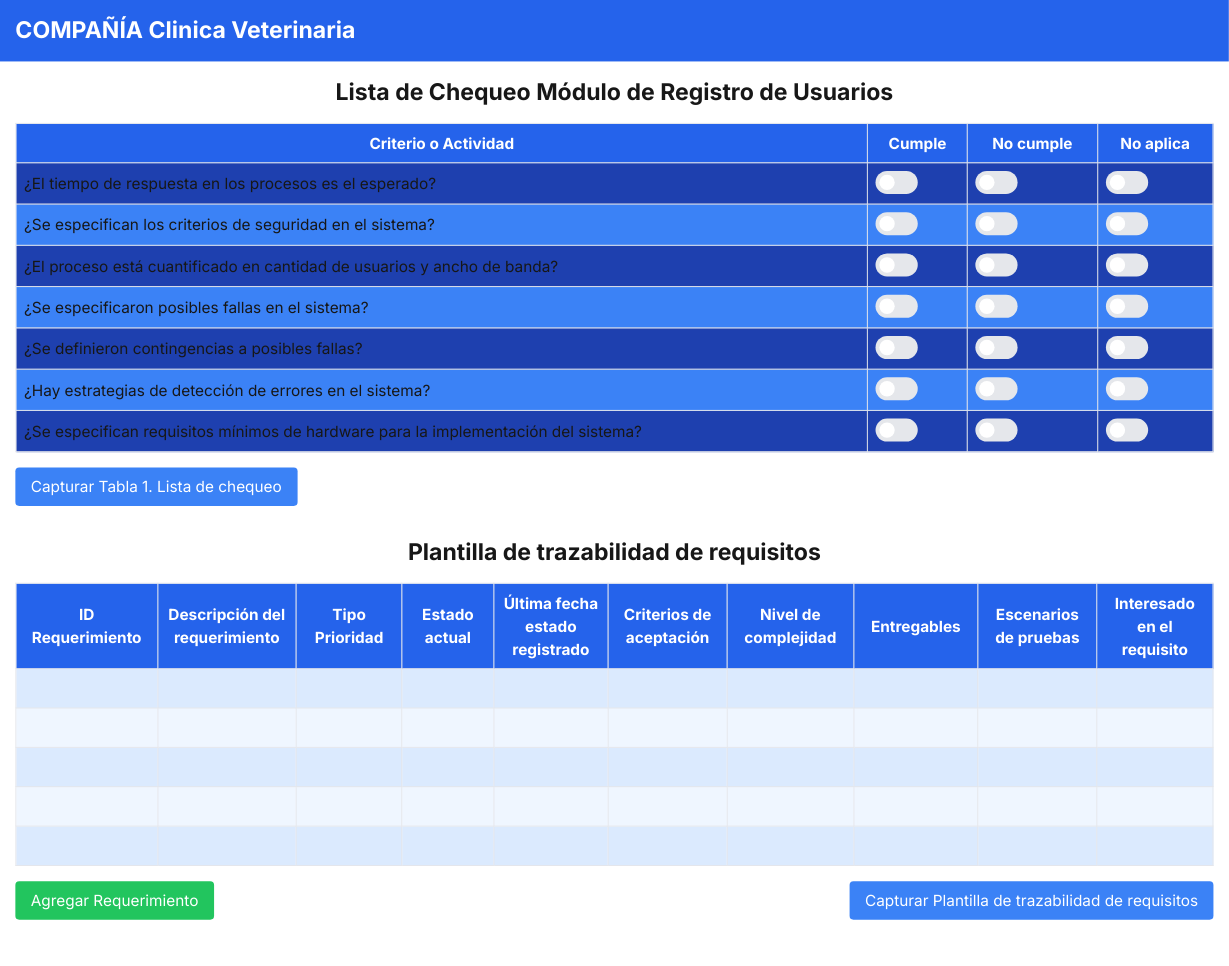
Repository: CiroAlfa/lista-de-Chequeo
Page: /
The author's editor kept a copy of each file at every save. The page is drawn from the files as they stood at one save, then again after the next save.
The browser window is 1280 px wide. The pictures show the whole page, at 96% of full size.
The project was rebuilt for these pictures with package versions that can differ from the ones it lists, and the page was loaded fresh each time. The framework's server and built-in components were replaced by stand-ins that run in the browser. Also part of the build but not shown: next.config.mjs.

Above is the page before, as saved 2024-09-27 13:13:58.

After the next save:
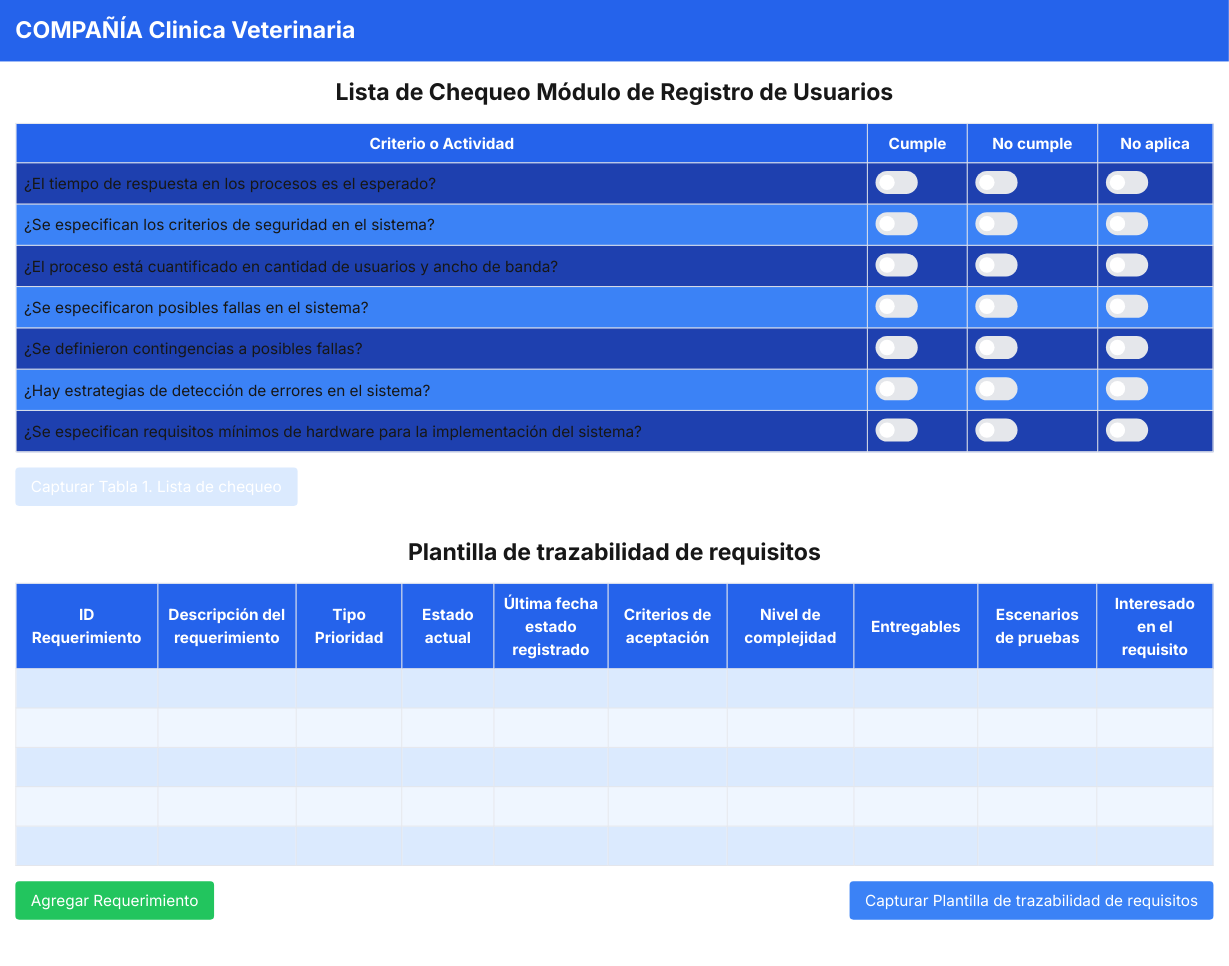
Saved 22 s later.
--- a/src/app/page.tsx
+++ b/src/app/page.tsx
@@ -151,7 +151,7 @@
         </table>
         <button
           onClick={() => captureScreenshot('checklist-table', 'lista-de-chequeo.png')}
-          className="mt-4 bg-blue-500 text-white px-4 py-2 rounded hover:bg-blue-600 transition-colors"
+          className="mt-4 bg-blue-100 text-white px-4 py-2 rounded hover:bg-blue-600 transition-colors"
         >
           Capturar Tabla 1. Lista de chequeo
         </button>

After the save that followed:
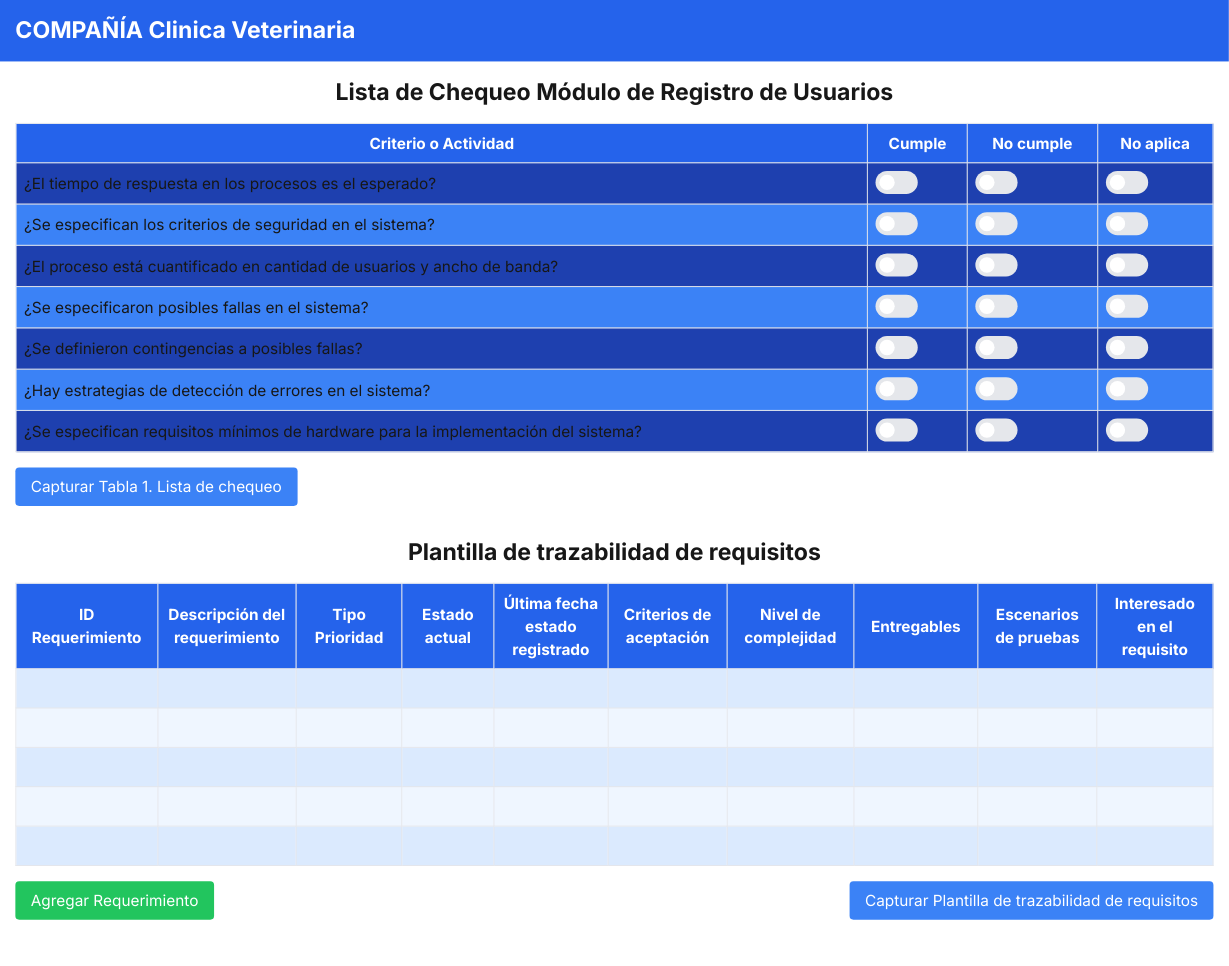
Saved 8 s later.
--- a/src/app/page.tsx
+++ b/src/app/page.tsx
@@ -151,7 +151,7 @@
         </table>
         <button
           onClick={() => captureScreenshot('checklist-table', 'lista-de-chequeo.png')}
-          className="mt-4 bg-blue-100 text-white px-4 py-2 rounded hover:bg-blue-600 transition-colors"
+          className="mt-4 bg-blue-500 text-white px-4 py-2 rounded hover:bg-blue-600 transition-colors"
         >
           Capturar Tabla 1. Lista de chequeo
         </button>
